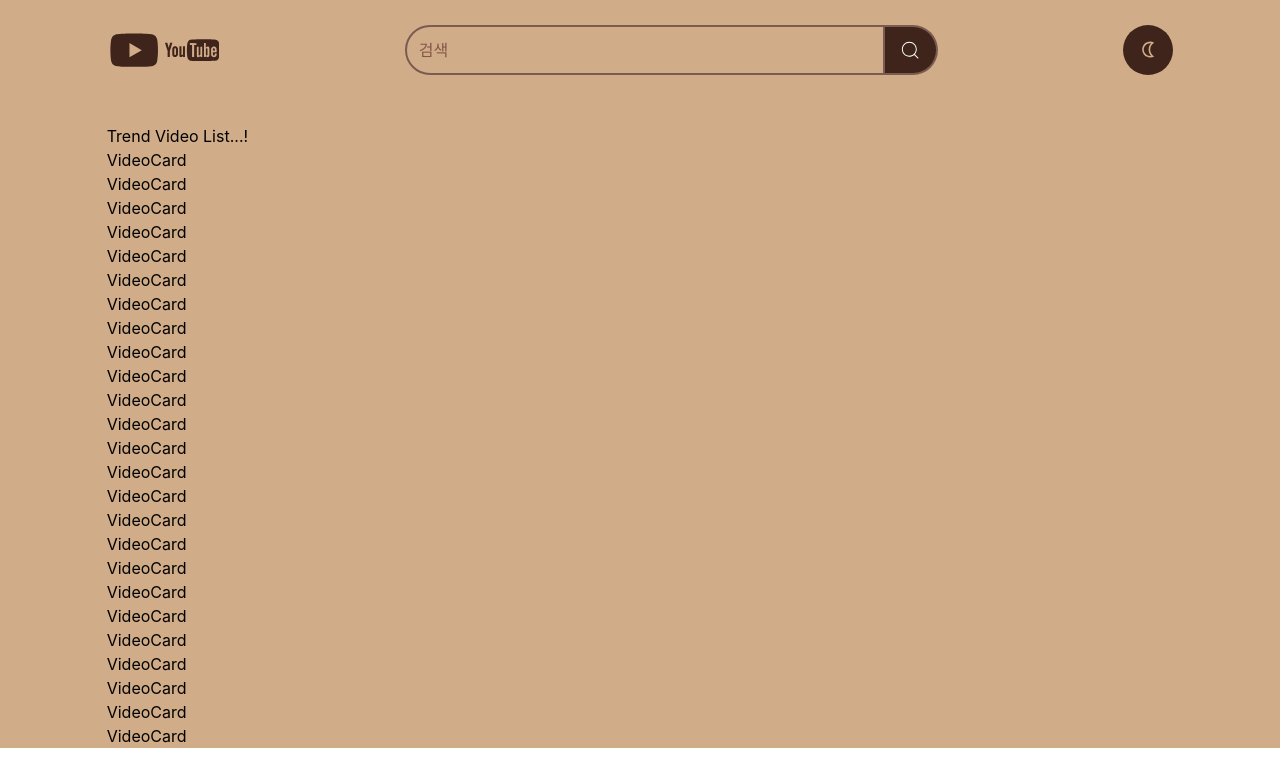
Repository: dnjfht/self-youtube2
Page: /
These files come from the project's save history. The page is drawn as it stood at one moment and after the next save; the edit follows.
The browser window is 1280 px wide. The pictures show the whole page.
The project was rebuilt for these pictures with package versions that can differ from the ones it lists, and the page was loaded fresh each time. Also part of the build but not shown: src/pages/NotFoundPage.jsx, src/pages/Detail.jsx.

Above is the page before, as saved 2023-06-28 15:10:17.

### src/App.js
import { RouterProvider, createBrowserRouter } from "react-router-dom";
import Root from "./pages/Root";
import Videos from "./pages/Videos";
import NotFoundPage from "./pages/NotFoundPage";
import Detail from "./pages/Detail";

function App() {
  const router = createBrowserRouter([
    {
      path: "/",
      element: <Root />,
      children: [
        { index: true, element: <Videos /> },
        { path: "/videos", element: <Videos /> },
        { path: "/videos/:keyword", element: <Videos /> },
        { path: "/videos/watch/:videoId", element: <Detail /> },
        { path: "*", element: <NotFoundPage /> },
      ],
    },
  ]);
  return <RouterProvider router={router} />;
}

export default App;

### src/pages/Root.jsx
import React from "react";
import Navbar from "../components/Navbar";
import { Outlet } from "react-router-dom";
import { DarkModeProvider } from "../context/DarkModeContext";
import { QueryClient, QueryClientProvider } from "@tanstack/react-query";

const queryClient = new QueryClient();

export default function Root() {
  return (
    <QueryClientProvider client={queryClient}>
      <DarkModeProvider>
        <div>
          <Navbar />
          <Outlet />
        </div>
      </DarkModeProvider>
    </QueryClientProvider>
  );
}

### src/pages/Videos.jsx
import React, { useContext } from "react";
import { DarkModeContext } from "../context/DarkModeContext";
import { useParams } from "react-router-dom";
import { useQuery } from "@tanstack/react-query";
import axios from "axios";
import VideoCard from "../components/VideoCard";

export default function Videos() {
  const { darkMode } = useContext(DarkModeContext);
  const { keyword } = useParams();

  const {
    isLoading,
    error,
    data: videos,
  } = useQuery(["videos", keyword], async () => {
    return axios
      .get(`/videos/${keyword ? "keyword" : "trend"}.json`)
      .then((res) => res.data.items);
  });

  console.log(videos);

  return (
    <div
      className={`${
        darkMode ? "bg-[#1f1e1e] text-white" : "bg-[#d0ac88]"
      } w-full`}
    >
      <div className="w-10/12 mx-auto pt-6">
        {`${keyword ? keyword : "Trend "} Video List...!`}

        {isLoading && "Loading...!"}
        {error && "Error is occured...!"}
        {videos && (
          <ul className="mb-4">
            {videos.map((video) => {
              return <VideoCard video={video} />;
            })}
          </ul>
        )}
      </div>
    </div>
  );
}

### src/components/Navbar.jsx
import React, { useContext, useEffect, useState } from "react";
import { useNavigate, useParams } from "react-router-dom";

import { AiFillYoutube } from "react-icons/ai";
import { ImYoutube2 } from "react-icons/im";
import { MdOutlineLightMode, MdOutlineNightlight } from "react-icons/md";
import { CiSearch } from "react-icons/ci";
import { DarkModeContext } from "../context/DarkModeContext";

export default function Navbar() {
  const [text, setText] = useState("");

  const navigate = useNavigate();
  const { keyword } = useParams();
  console.log(keyword);
  const { darkMode, toggleDarkMode } = useContext(DarkModeContext);

  const handleTextChange = (e) => {
    setText(e.target.value);
  };

  const handleSearchKeyword = (e) => {
    e.preventDefault();

    navigate(`/videos/${text}`);
  };

  useEffect(() => {
    if (keyword) {
      setText(keyword);
    } else if (keyword === undefined) {
      setText("");
    }
  }, [keyword]);

  return (
    <div
      className={`${
        darkMode ? "bg-[#1f1e1e]" : "bg-[#d0ac88]"
      } w-full h-[100px]`}
    >
      <div className="w-10/12 h-[100%] mx-auto flex items-center justify-between">
        {/*youtube logo*/}
        <button
          className={`${
            darkMode ? "text-[white]" : "text-[#3f241b]"
          } text-[3.4rem] flex items-center`}
          onClick={() => {
            navigate("/");
          }}
        >
          <div className={`${darkMode ? "text-[#b92525]" : ""} mr-1`}>
            <AiFillYoutube />
          </div>
          <div>
            <ImYoutube2 />
          </div>
        </button>

        {/* 검색창 input */}
        <form
          className="w-6/12 h-full flex items-center"
          onSubmit={handleSearchKeyword}
        >
          <input
            className={`${
              darkMode
                ? "border-[white] placeholder:text-[#fbf9f8ae] text-[#ffffff]"
                : "border-[#7b5b51] placeholder:text-[#845648] text-[#41261e]"
            } w-[90%] h-[50px] p-3 box-border rounded-l-full bg-transparent border-[2px] border-solid outline-none`}
            type="text"
            value={text}
            onChange={handleTextChange}
            placeholder="검색"
          />
          <button
            type="submit"
            className={`${
              darkMode
                ? "border-[white] bg-[white] text-[#1f1e1e]"
                : "border-[#7b5b51] bg-[#3f241b] text-white"
            } w-[10%] h-[50px] py-3 rounded-r-full border-r-[2px] border-y-[2px] border-solid text-[1.4rem] flex items-center justify-center`}
          >
            <CiSearch />
          </button>
        </form>

        {/* darkMode button */}
        <button
          className={`${
            darkMode
              ? "bg-[#ffffff] text-[#1f1e1e]"
              : "bg-[#3f241b] text-[#d0ac88]"
          } w-[50px] h-[50px] rounded-full text-[1.2rem] flex justify-center items-center`}
          onClick={toggleDarkMode}
        >
          {darkMode && <MdOutlineLightMode />}
          {!darkMode && <MdOutlineNightlight />}
        </button>
      </div>
    </div>
  );
}

### src/context/DarkModeContext.jsx
import { createContext, useEffect, useState } from "react";

export const DarkModeContext = createContext();

export function DarkModeProvider({ children }) {
  const [darkMode, setDarkMode] = useState(false);

  const toggleDarkMode = () => {
    setDarkMode((prev) => !prev);
    updateDarkMode(!darkMode);
  };

  useEffect(() => {
    const isDark =
      localStorage.theme === "dark" ||
      (!("theme" in localStorage) &&
        window.matchMedia("(prefers-color-scheme: dark)").matches);

    setDarkMode(isDark);
    updateDarkMode(isDark);
  }, []);

  return (
    <DarkModeContext.Provider value={{ darkMode, toggleDarkMode }}>
      {children}
    </DarkModeContext.Provider>
  );
}

function updateDarkMode(darkMode) {
  if (darkMode) {
    document.documentElement.classList.add("dark");
    localStorage.theme = "dark";
  } else {
    document.documentElement.classList.remove("dark");
    localStorage.theme = "light";
  }
}

### src/components/VideoCard.jsx
import React from "react";

export default function VideoCard() {
  return <div>VideoCard</div>;
}

Loaded but not shown: public/index.html (common file); src/index.js (common file); src/index.css (common file); src/reportWebVitals.js (common file); tailwind.config.js (common file); public/videos/trend.json (1558 lines, source omitted)

After the next save:
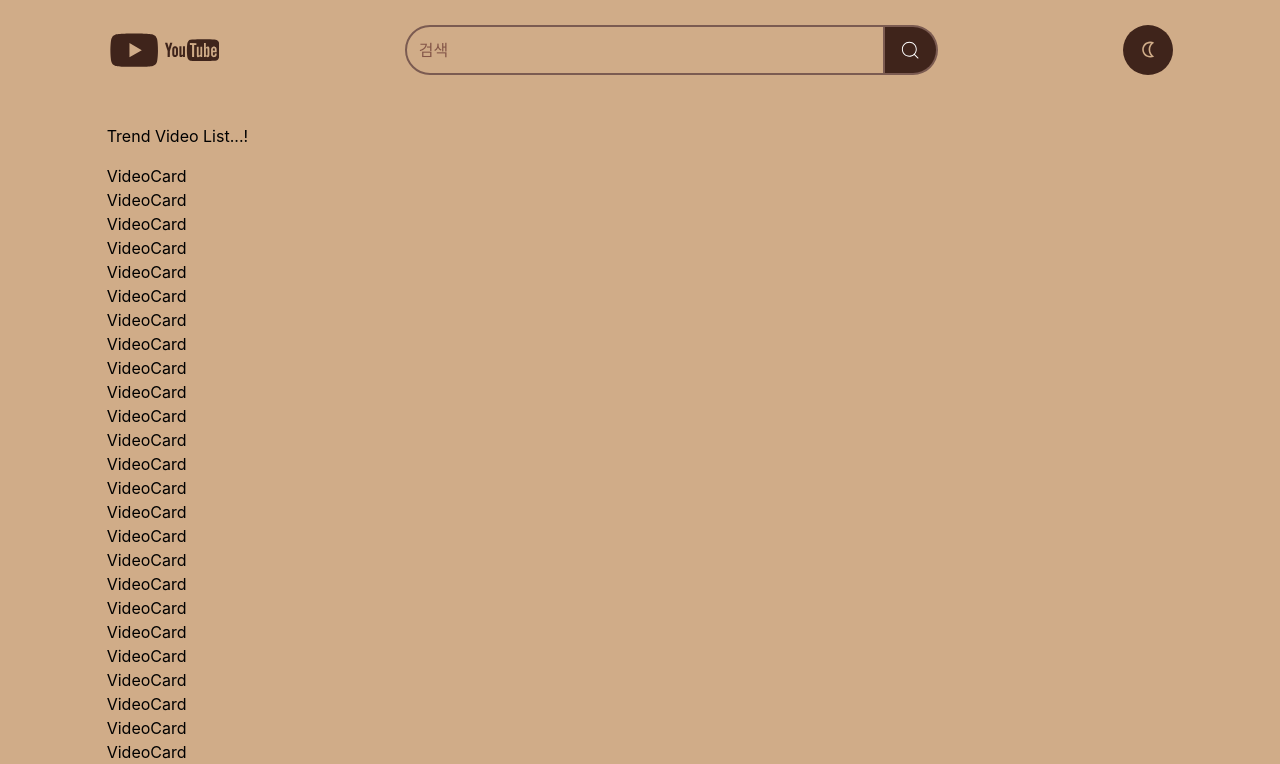
Saved 9 s later.
--- a/src/pages/Videos.jsx
+++ b/src/pages/Videos.jsx
@@ -33,7 +33,7 @@
         {isLoading && "Loading...!"}
         {error && "Error is occured...!"}
         {videos && (
-          <ul className="mb-4">
+          <ul className="mt-4">
             {videos.map((video) => {
               return <VideoCard video={video} />;
             })}
